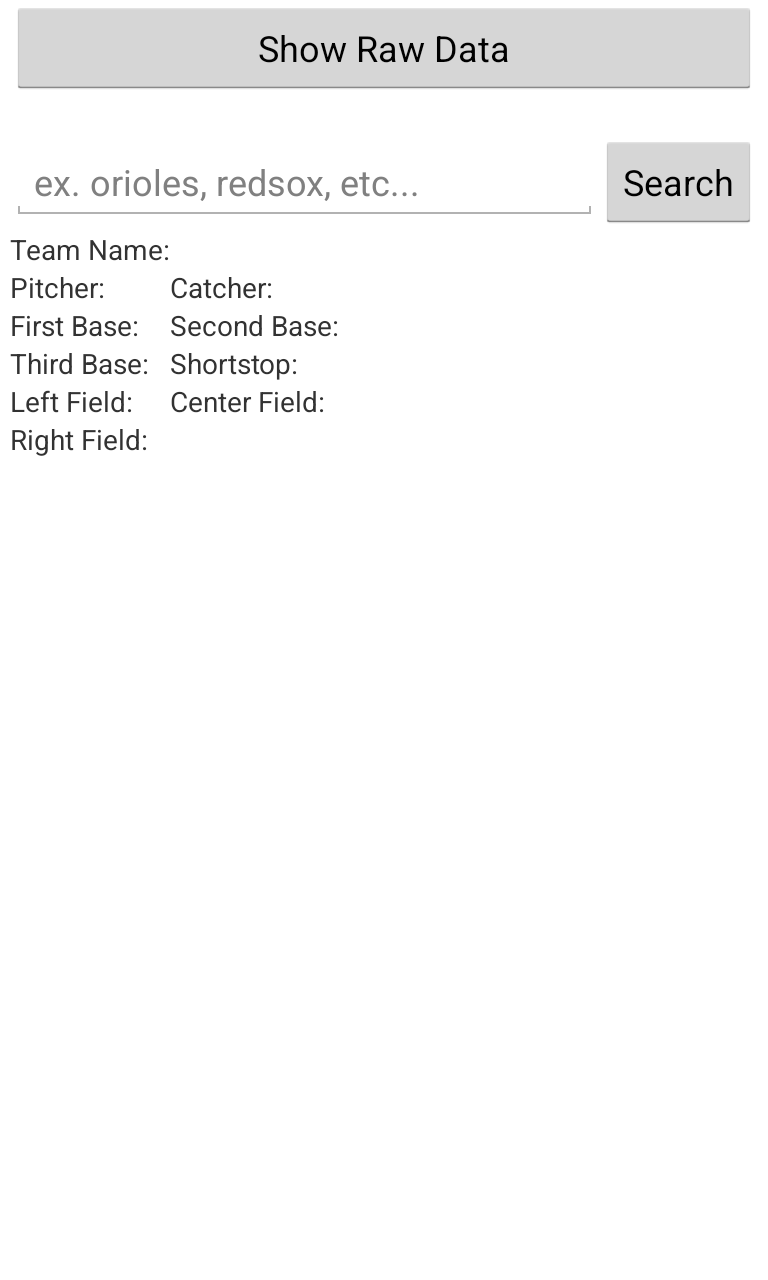
Repository: jemcphe/java1
Layout: teamG.M./TeamGM/res/layout/applayout.xml
These files come from the project's save history. The layout is drawn as it stood at one moment and after the next save; the edit follows.
It is drawn on a 768 x 1280 px phone screen (xhdpi) without system bars, with theme AppTheme; the app's code is not run.

Above is the layout before, as saved 2013-05-27 04:49:13.

After the next save:
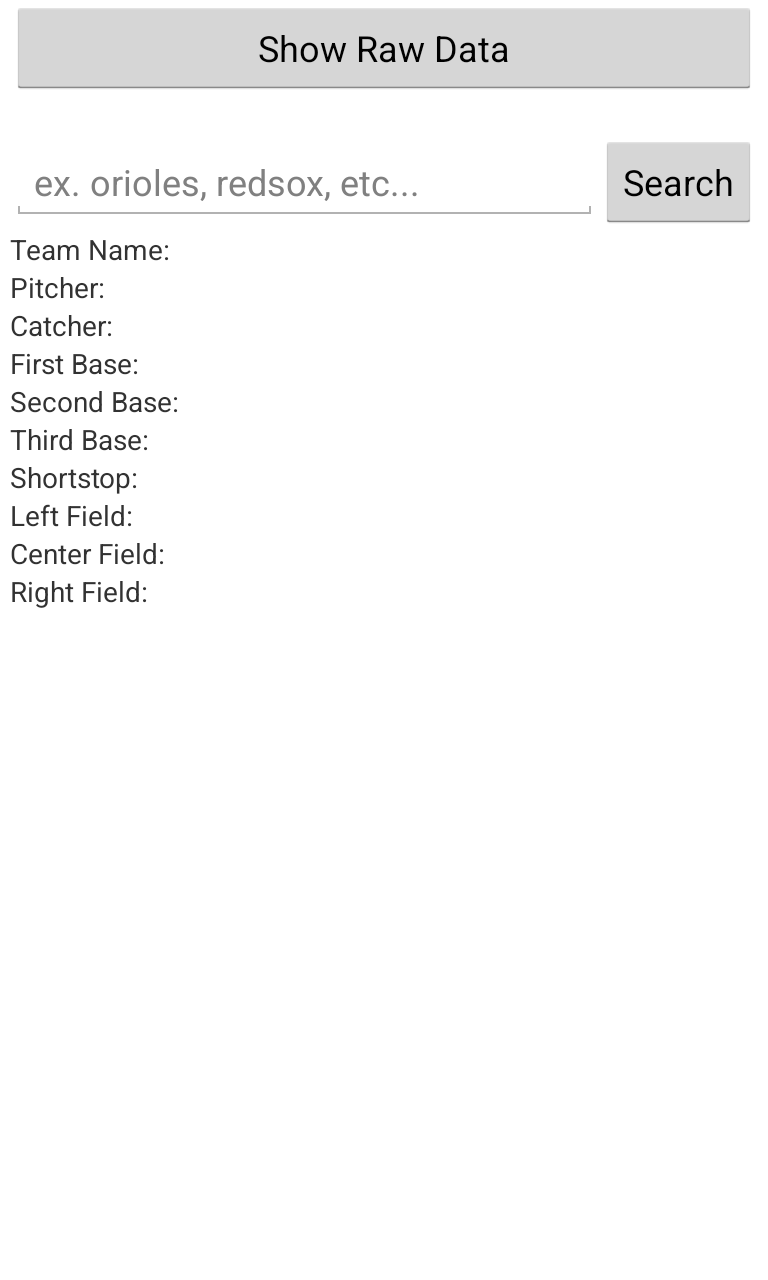
Saved 3 min 3 s later.
--- a/teamG.M./TeamGM/res/layout/applayout.xml
+++ b/teamG.M./TeamGM/res/layout/applayout.xml
@@ -65,37 +65,73 @@
             android:layout_height="wrap_content"
             android:text="Pitcher:"/>
         <TextView
+            android:id="@+id/pitcherData"
+            android:layout_width="wrap_content"
+            android:layout_height="wrap_content"/>
+        <TextView
             android:layout_width="wrap_content"
             android:layout_height="wrap_content"
             android:text="Catcher:"/>
+        <TextView
+            android:id="@+id/catcherData"
+            android:layout_width="wrap_content"
+            android:layout_height="wrap_content"/>
         <TextView
             android:layout_width="wrap_content"
             android:layout_height="wrap_content"
             android:text="First Base:"/>
         <TextView
+            android:id="@+id/firstData"
+            android:layout_width="wrap_content"
+            android:layout_height="wrap_content"/>
+        <TextView
             android:layout_width="wrap_content"
             android:layout_height="wrap_content"
             android:text="Second Base:"/>
+        <TextView
+            android:id="@+id/secondData"
+            android:layout_width="wrap_content"
+            android:layout_height="wrap_content"/>
         <TextView
             android:layout_width="wrap_content"
             android:layout_height="wrap_content"
             android:text="Third Base:"/>
         <TextView
+            android:id="@+id/thirdData"
+            android:layout_width="wrap_content"
+            android:layout_height="wrap_content"/>
+        <TextView
             android:layout_width="wrap_content"
             android:layout_height="wrap_content"
             android:text="Shortstop:"/>
+        <TextView
+            android:id="@+id/shortData"
+            android:layout_width="wrap_content"
+            android:layout_height="wrap_content"/>
         <TextView
             android:layout_width="wrap_content"
             android:layout_height="wrap_content"
             android:text="Left Field:"/>
         <TextView
+            android:id="@+id/leftData"
+            android:layout_width="wrap_content"
+            android:layout_height="wrap_content"/>
+        <TextView
             android:layout_width="wrap_content"
             android:layout_height="wrap_content"
             android:text="Center Field:"/>
         <TextView
+            android:id="@+id/centerData"
+            android:layout_width="wrap_content"
+            android:layout_height="wrap_content"/>
+        <TextView
             android:layout_width="wrap_content"
             android:layout_height="wrap_content"
             android:text="Right Field:"/>
+        <TextView
+            android:id="@+id/rightData"
+            android:layout_width="wrap_content"
+            android:layout_height="wrap_content"/>
 
     </GridLayout>
 
